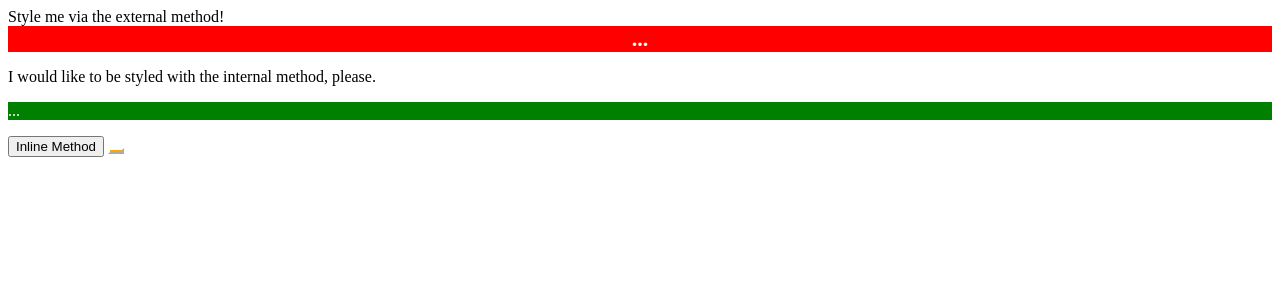
Repository: mnhardy1504/odin-recipes1
Page: repos/css-exercises/foundations/01-css-methods/index.html
An editor plug-in stored every save of this project. The page is shown before and after the next save, followed by the edit.
The browser window is 1280 px wide. The pictures show the whole page.

Above is the page before, as saved 2023-08-22 18:24:19.

After the next save:
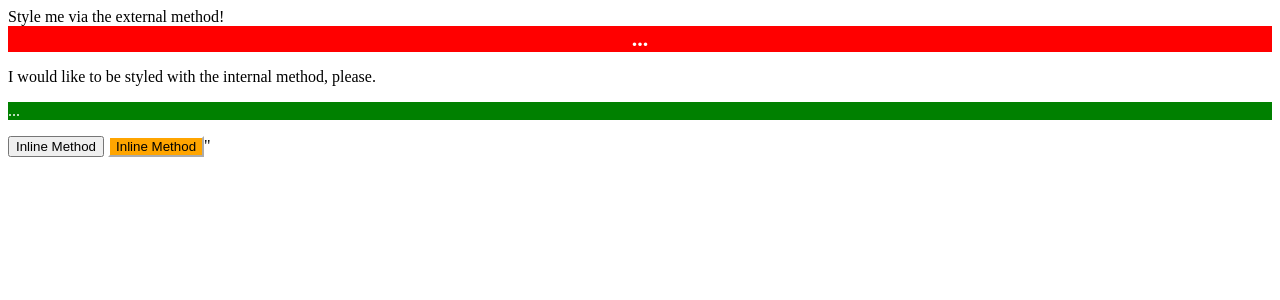
Saved 3 min 47 s later.
--- a/repos/css-exercises/foundations/01-css-methods/index.html
+++ b/repos/css-exercises/foundations/01-css-methods/index.html
@@ -12,6 +12,6 @@
     <p>I would like to be styled with the internal method, please.</p>
     <p style= " color: white; background-color: green;">...</p>
     <button>Inline Method</button>
-    <button style= "color: black; background-color: orange; border-color: white;"</button>
+    <button style="color: black; background-color: orange;border-color: white;">Inline Method</button>"
   </body>
 </html>
